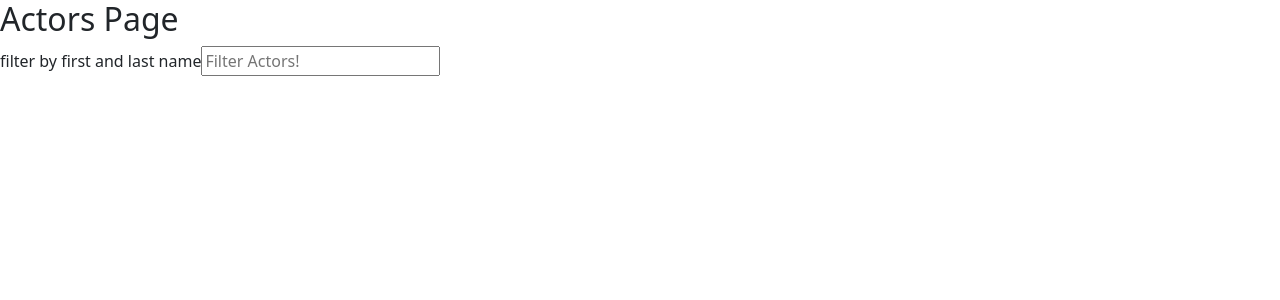
Repository: shuroo/FECourse-react-movieapp
Page: /
An editor plug-in stored every save of this project. The page is shown before and after the next save, followed by the edit.
The browser window is 1280 px wide. The pictures show the whole page.
The project was rebuilt for these pictures with package versions that can differ from the ones it lists, and the page was loaded fresh each time. Also part of the build but not shown: src/App.css, src/components/CardComponent.css, src/components/CardComponent.jsx, src/pages/Actor.jsx.

Above is the page before, as saved 2021-07-24 04:53:34.

After the next save:
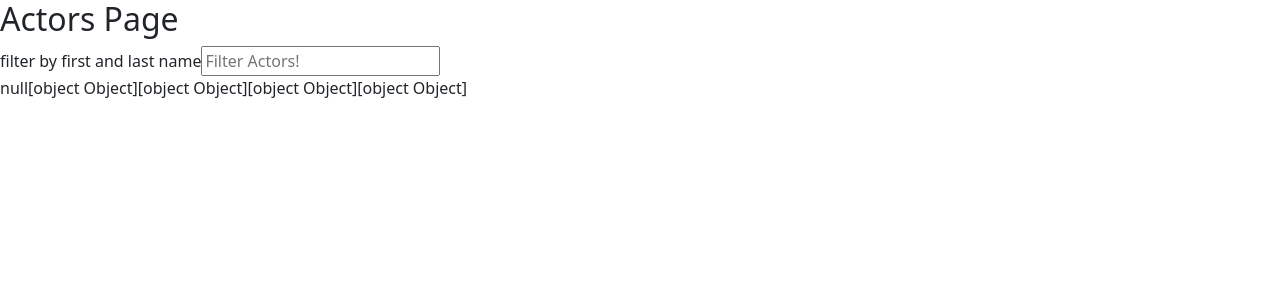
Saved 47 s later.
--- a/src/pages/ActorsPage.jsx
+++ b/src/pages/ActorsPage.jsx
@@ -11,11 +11,15 @@ function ActorsPage() {
     // new ActorModel("Brad", "Pitt", new Date("04/06/1975"), "../public/images/brad_pitt", "https://www.imdb.com/name/nm0000093/"),
     // ]
 
-    const [actors, setActors] = useState([])
+    const [actors, setActors] = useState([ new ActorModel("Angelina", "Jolie", new Date("04/06/1975"), "../public/images/angeline", "https://www.imdb.com/name/nm0001401/"),
+     new ActorModel("Brad", "Pitt", new Date("04/06/1975"), "../public/images/brad_pitt", "https://www.imdb.com/name/nm0000093/"),
+     new ActorModel("Angelina", "Jolie", new Date("04/06/1975"), "../public/images/angeline", "https://www.imdb.com/name/nm0001401/"),
+     new ActorModel("Brad", "Pitt", new Date("04/06/1975"), "../public/images/brad_pitt", "https://www.imdb.com/name/nm0000093/"),
+     ])
 
     // firstName, lastName, birthday, image, imdbLink
 
-    let angelina = new ActorModel("Angelina", "Jolie");//, new Date("04/06/1975"), null, "https://www.imdb.com/name/nm0001401/");
+    //let angelina = new ActorModel("Angelina", "Jolie");//, new Date("04/06/1975"), null, "https://www.imdb.com/name/nm0001401/");
    //  let brad =  new ActorModel("Brad", "Pitt", new Date("04/06/1975"), "../public/images/brad_pitt", "https://www.imdb.com/name/nm0000093/");
 
     //setActors(actors.concat([angelina,angelina]));
